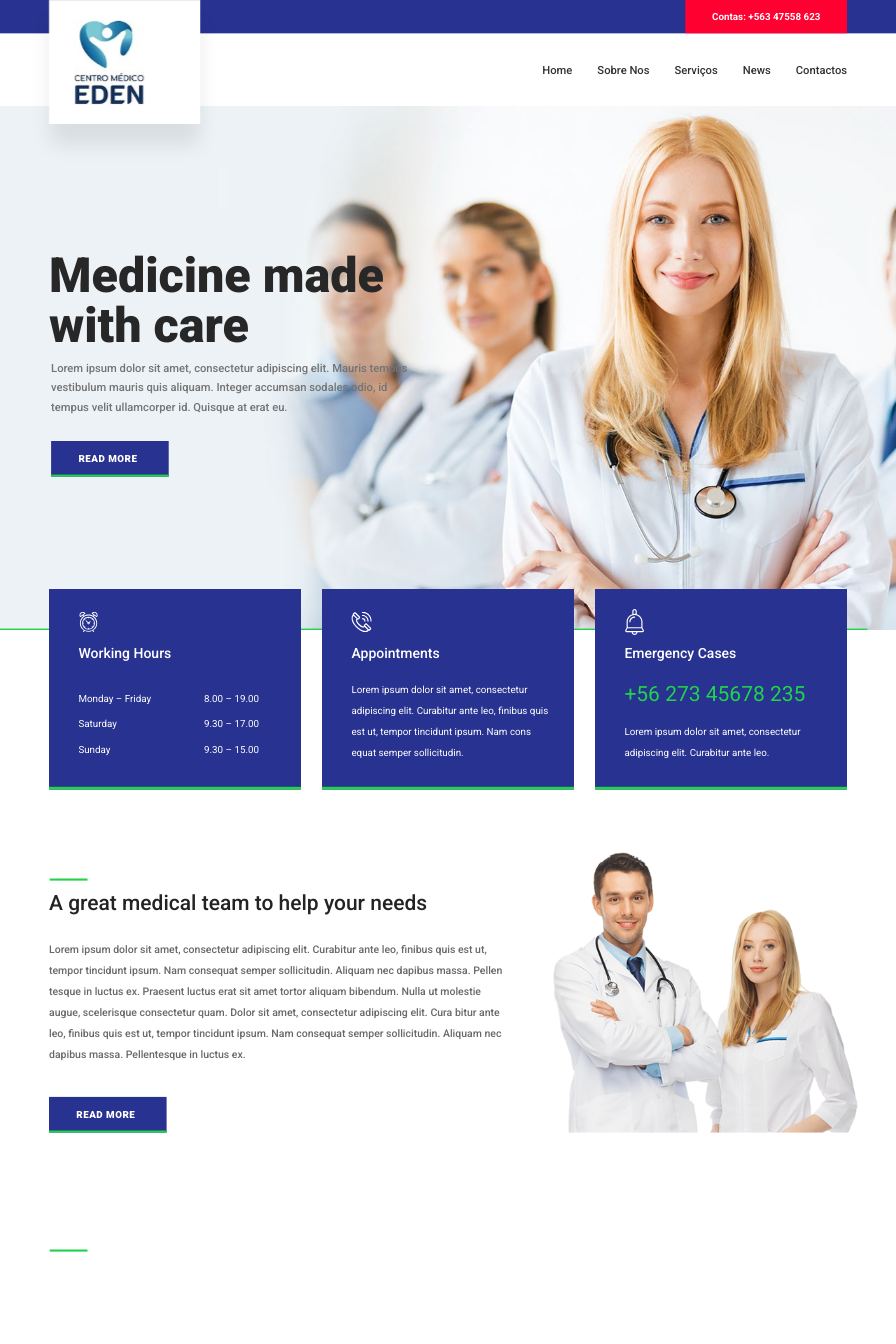
Repository: Nanitamo/centro-medico-eden-webpage
Page: index.html
The author's editor kept a copy of each file at every save. The page is drawn from the files as they stood at one save, then again after a run of saves.
The browser window is 1280 px wide. The pictures show the part of the page from y = 0 to 1920 px (the page is 4535 px tall), at 70% of full size.

Above is the page before, as saved 2020-06-18 13:21:01.

After the next 2 saves:
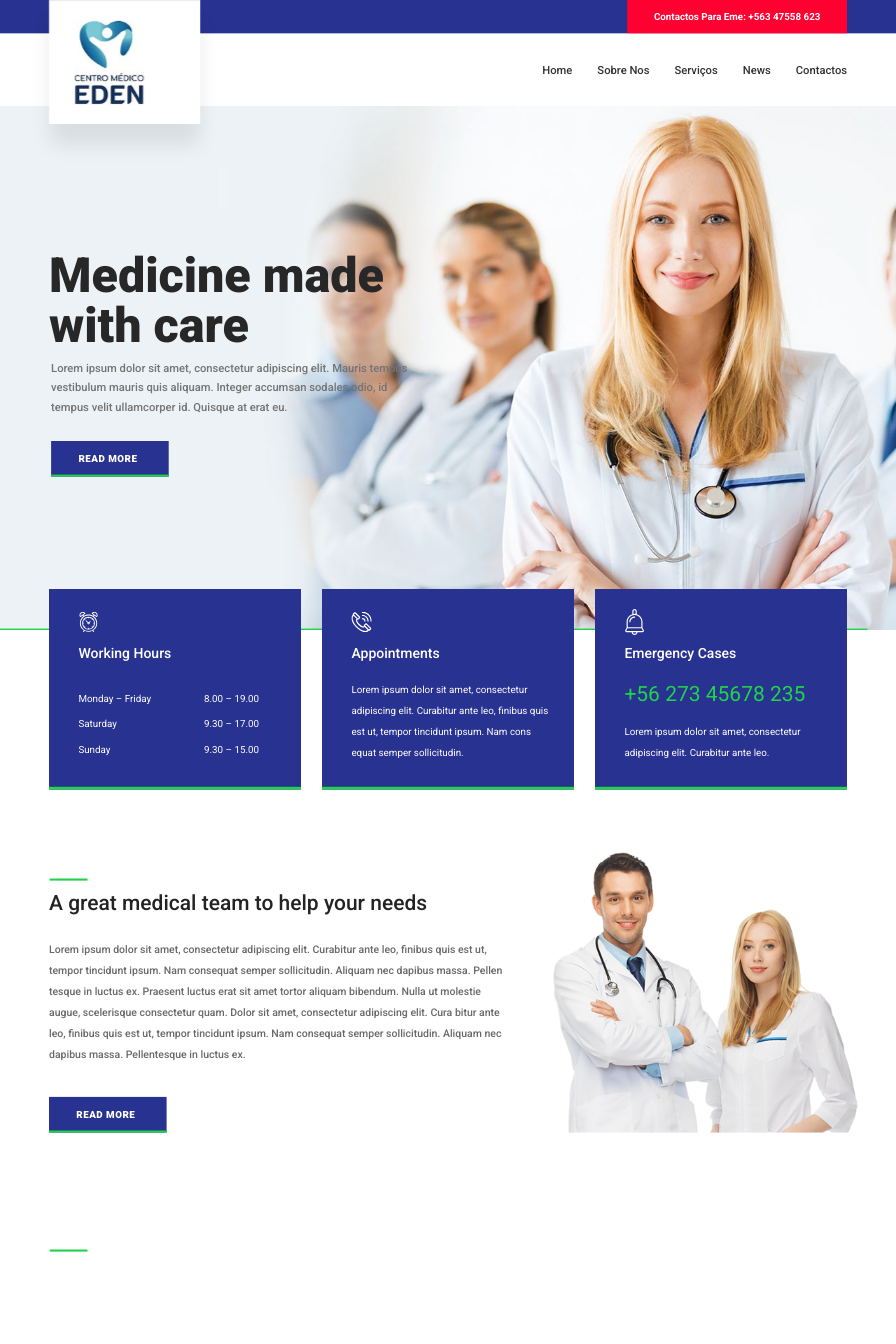
The 2 saves are shown as one change because they came seconds apart.
The last was saved 8 s later.
--- a/index.html
+++ b/index.html
@@ -30,7 +30,7 @@
 						<div class="top_bar_content d-flex flex-row align-items-center justify-content-start">
 							<!-- <div class="top_bar_item"><a href="#">FAQ</a></div>
 							<div class="top_bar_item"><a href="#">Request an Appointment</a></div> -->
-							<div class="emergencies  d-flex flex-row align-items-center justify-content-start ml-auto">Contas: +563 47558 623</div>
+							<div class="emergencies  d-flex flex-row align-items-center justify-content-start ml-auto">Contactos Para Eme: +563 47558 623</div>
 						</div>
 
 					</div>
